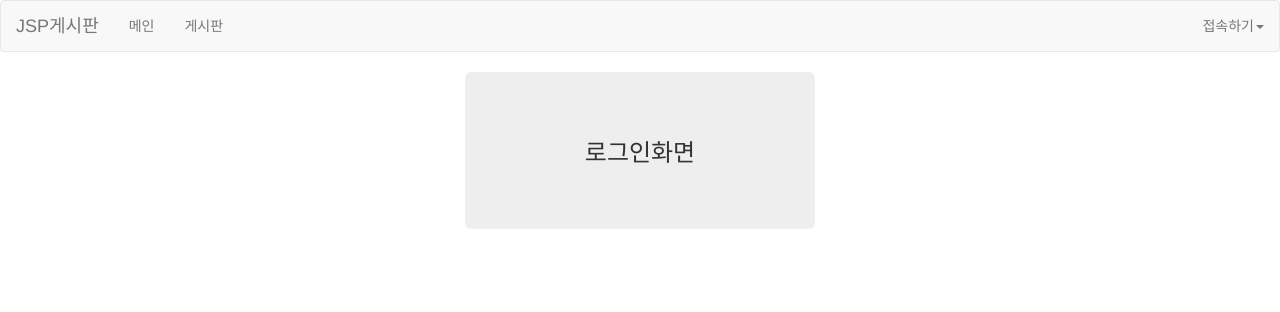
Repository: zoselakt/My_practice_JSP
Page: http://localhost/BBS/login.jsp
These files come from the project's save history. The page is drawn as it stood at one moment and after the next save; the edit follows.
The browser window is 1280 px wide. The pictures show the whole page.
Some web libraries are served in a nearby version. The page is served by Tomcat 9. Other server files are loaded and not shown.

Above is the page before, as saved 2022-03-01 14:43:14.

### BBS/WebContent/login.jsp
<%@ page language="java" contentType="text/html; charset=UTF-8"
    pageEncoding="UTF-8"%>
<!DOCTYPE html>
<html>
<head>
<meta http-equiv="Content-Type" content="text/html; charset="UTF-8">
<meta name="viewport" content="width=device-width", initial-scale="1">
<link rel="stylesheet" href="css/bootstrap.css">
<title>로그인</title>
</head>
<body>
	<nav class="navbar navbar-default">
		<div class="navbar-header">
			<button type="button" class="navbar-toggle collapsed"
				data-toggle="Collapse" data-target="#bs-example-navbar-collapse-1"
				aria-expanded="false">
				<span class="icon-bar"></span>
				<span class="icon-bar"></span>
				<span class="icon-bar"></span>
			</button>
			<a class="navbar-brand" href="main.jsp">JSP게시판</a>
		</div>

		<div class="collapse navbar-collapse" id="bs-example-navbar-collapse-1">
			<ul class="nav navbar-nav">
				<li><a href="main.jsp">메인</a></li>
				<li><a href="main.jsp">게시판</a></li>
			</ul>

			<ul class="nav navbar-nav navbar-right">
				<li class="dropdown">
					<a href="#" class="dropdown-toggle"
						data-toggle="dropdown" role="button" aria-haspopup="true"
						aria-expanded="false">접속하기<span class="caret"></span></a>
					<ul class="dropdown-menu">
						<li class="active"><a href="login.jsp">로그인</a></li>
						<li><a href="join.jsp">회원가입</a></li>
					</ul>
				</li>
			</ul>
		</div>
	</nav>

	<div class="container">
		<div class="col-lg-4"></div>
		<div class="col-lg-4">
			<div class="jumbotron style="padding-top: 20px;">
				<form method="post" action="loginaction.jsp">
					<h3 style="text-align: center;">로그인화면</h3>
					<div class="form-group">

					</div>
				</form>
			</div>
		</div>
	</div>

	<script src="https://code.jquery.com/jquery-3.1.1.min.js"></script>
	<script src="js/bootstrap.js"></script>
</body>
</html>

Loaded but not shown: BBS/WebContent/css/bootstrap.css (library); BBS/WebContent/js/bootstrap.js (library)

After the next save:
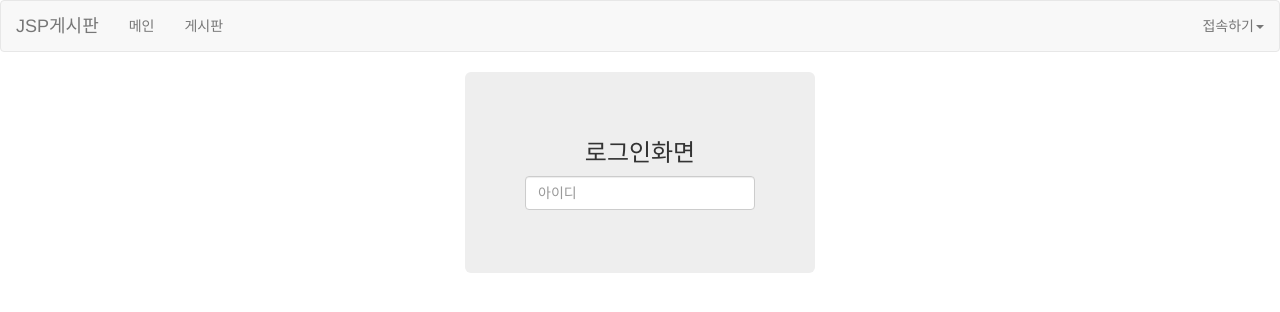
Saved 51 s later.
--- a/BBS/WebContent/login.jsp
+++ b/BBS/WebContent/login.jsp
@@ -48,7 +48,7 @@
 				<form method="post" action="loginaction.jsp">
 					<h3 style="text-align: center;">로그인화면</h3>
 					<div class="form-group">
-
+						<input type="text" class="form-control" placeholder="아이디" name="userID">
 					</div>
 				</form>
 			</div>
